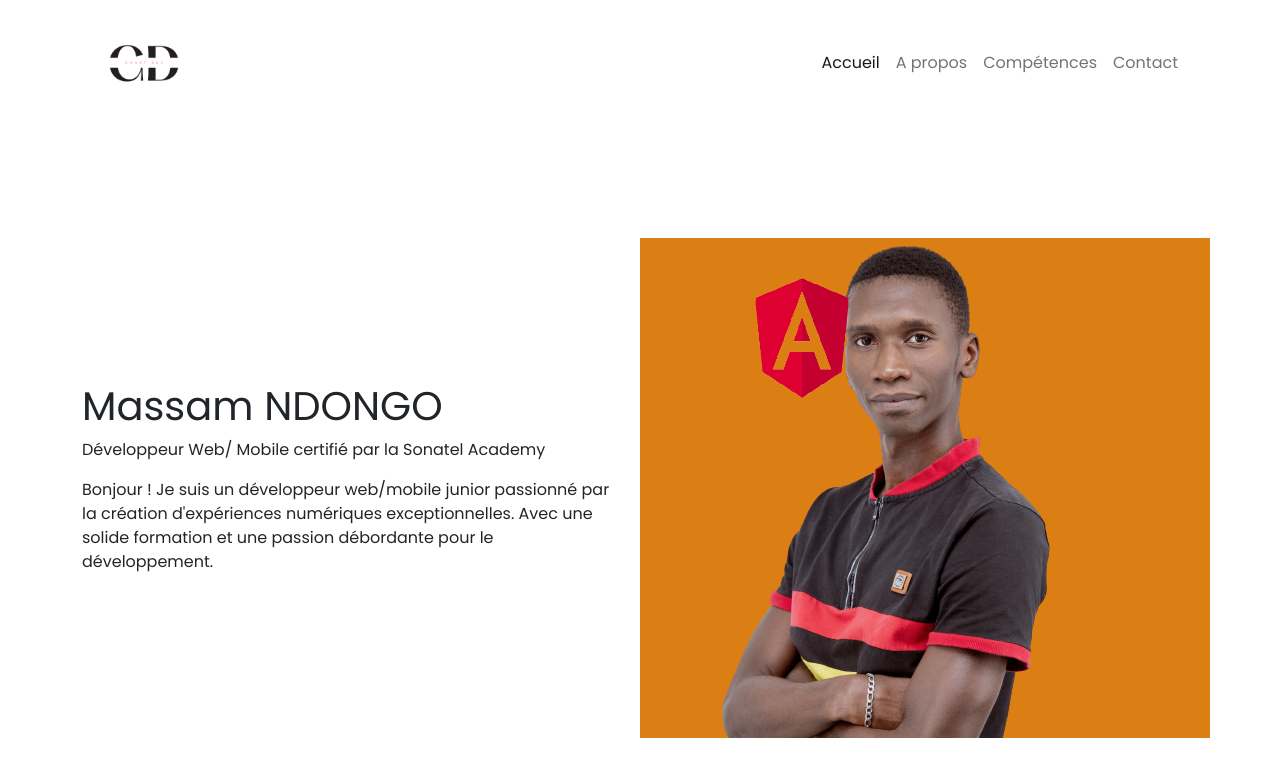
Repository: massndongo/portfolio1
Page: index.html
These files come from the project's save history. The page is drawn as it stood at one moment and after the next save; the edit follows.
The browser window is 1280 px wide. The pictures show the part of the page from y = 0 to 773 px (the page is 2111 px tall before and 2311 px after).
A picture or video elsewhere on the page could not be fetched, so the positions and the page height are approximate.

Above is the page before, as saved 2023-05-29 19:02:33.

### index.html
<!DOCTYPE html>
<html>
<head>
    <meta charset='utf-8'>
    <meta http-equiv='X-UA-Compatible' content='IE=edge'>
    <title>Portfolio Massam NDONGO</title>
    <meta name='viewport' content='width=device-width, initial-scale=1'>
    <link rel="stylesheet" href="https://cdn.jsdelivr.net/npm/bootstrap@5.2.3/dist/css/bootstrap.min.css" integrity="sha384-rbsA2VBKQhggwzxH7pPCaAqO46MgnOM80zW1RWuH61DGLwZJEdK2Kadq2F9CUG65" crossorigin="anonymous">
    <link rel="stylesheet" href="./assets/css/main.css">
</head>
<body>
    <div class="container">

        <!-- navbar -->
        <nav class="navbar navbar-expand-lg bg-body-tertiary container">
            <div class="container-fluid">
              <a class="navbar-brand" href="#"><img class="img-thumbnail border-0" width="100px" height="100px" src="./assets/images/logo.png" alt="" srcset=""></a>
              <button class="navbar-toggler" type="button" data-bs-toggle="collapse" data-bs-target="#navbarText" aria-controls="navbarText" aria-expanded="false" aria-label="Toggle navigation">
                <span class="navbar-toggler-icon"></span>
              </button>
              <div class="collapse navbar-collapse d-flex flex-row justify-content-end" id="navbarText">
                <div>
                    <ul class="navbar-nav me-auto mb-2 mb-lg-0">
                      <li class="nav-item">
                        <a class="nav-link active" aria-current="page" href="#">Accueil</a>
                      </li>
                      <li class="nav-item">
                        <a class="nav-link" href="#propos" onclick="scrollToSection('propos')">A propos</a>
                      </li>
                      <li class="nav-item">
                        <a class="nav-link" href="#skills" onclick="scrollToSection('skills')">Compétences</a>
                      </li>
                      <li class="nav-item">
                        <a class="nav-link" href="#contact" onclick="scrollToSection('contact')">Contact</a>
                      </li>
                    </ul>
                </div>
              </div>
            </div>
        </nav>
        <!-- End Navbar -->
        <div id="back-to-top">↑</div>

        <div class="contenu">

            <div class="propos d-flex row flex-row justify-content-center" id="propos">
                <div class="col-lg-6 col-md-12 mb-1 align-middle text-start d-flex flex-column justify-content-center animated-text">
                    <h1 class="">Massam NDONGO</h1>
                    <p class="">Développeur Web/ Mobile certifié par la Sonatel Academy</p>
                    <p>
                        Bonjour ! Je suis un développeur web/mobile junior passionné par la création d'expériences numériques exceptionnelles.
                        Avec une solide formation et une passion débordante pour le développement.

                    </p>
                </div>
                <div class="col-lg-6 col-md-12 profil">
                    <img src="./assets/images/os-projects-angular_thumbnail-removebg-preview.png" width="300px" height="200px" class="angular"  alt="" srcset="">
                    <img src="./assets/images/mass.png" class="border-0 animated-text" alt="" srcset="">
                </div>
            </div>

            <div class="skills d-flex row flex-row justify-content-center" id="skills">
                <h1 class="text-center m-4 mt-4 text-decoration-underline">Compétences</h1>
                <div class="card m-4" style="width: 18rem;">
                    <img src="./assets/images/angular.png" class="card-img-top" alt="...">
                    <div class="card-body">
                      <p class="card-text">Some quick example text to build on the card title and make up the bulk of the card's content.</p>
                    </div>
                </div>
                <div class="card m-4" style="width: 18rem;">
                    <img src="./assets/images/symfony.png" class="card-img-top" alt="...">
                    <div class="card-body">
                      <p class="card-text">Some quick example text to build on the card title and make up the bulk of the card's content.</p>
                    </div>
                </div>
                <div class="card m-4" style="width: 18rem;">
                    <img src="./assets/images/ionic.webp" class="card-img-top" alt="...">
                    <div class="card-body">
                      <p class="card-text">Some quick example text to build on the card title and make up the bulk of the card's content.</p>
                    </div>
                </div>
                <div class="card m-4" style="width: 18rem;">
                    <img src="./assets/images/laravel.png" class="card-img-top" alt="...">
                    <div class="card-body">
                      <p class="card-text">Some quick example text to build on the card title and make up the bulk of the card's content.</p>
                    </div>
                </div>
                <div class="card m-4" style="width: 18rem;">
                    <img src="./assets/images/angular.png" class="card-img-top" alt="...">
                    <div class="card-body">
                      <p class="card-text">Some quick example text to build on the card title and make up the bulk of the card's content.</p>
                    </div>
                </div>
                <div class="card m-4" style="width: 18rem;">
                    <img src="./assets/images/angular.png" class="card-img-top" alt="...">
                    <div class="card-body">
                      <p class="card-text">Some quick example text to build on the card title and make up the bulk of the card's content.</p>
                    </div>
                </div>
                <div class="card m-4" style="width: 18rem;">
                    <img src="./assets/images/angular.png" class="card-img-top" alt="...">
                    <div class="card-body">
                      <p class="card-text">Some quick example text to build on the card title and make up the bulk of the card's content.</p>
                    </div>
                </div>
            </div>

            <div class="projets img-thumbnail bg-black">
                Lorem ipsum dolor sit amet consectetur adipisicing elit. Facere soluta nam sequi et quia officia, ratione dolore nisi ex necessitatibus ipsam dolor. Eveniet corporis voluptas similique hic omnis, maiores necessitatibus.
            </div>

            <div class="contact img-thumbnail bg-danger" id="contact">
                Lorem ipsum dolor sit amet consectetur adipisicing elit. Saepe consequatur porro numquam? Blanditiis harum consectetur, illum eligendi id dolorem mollitia velit neque? Cum itaque ipsum, ipsam autem saepe iure numquam!
                Quod incidunt quaerat exercitationem iusto perferendis architecto enim officia repellendus itaque dolorem animi, consectetur omnis quasi rerum voluptatum distinctio est deserunt harum porro neque quidem. Soluta itaque ullam repellat fugit?

            </div>
        </div>


        <footer></footer>

    </div>


    <!-- script -->
    <script src="https://cdn.jsdelivr.net/npm/bootstrap@5.2.3/dist/js/bootstrap.min.js" integrity="sha384-cuYeSxntonz0PPNlHhBs68uyIAVpIIOZZ5JqeqvYYIcEL727kskC66kF92t6Xl2V" crossorigin="anonymous"></script>
    <script src="https://cdn.jsdelivr.net/npm/bootstrap@5.2.3/dist/js/bootstrap.bundle.min.js" integrity="sha384-kenU1KFdBIe4zVF0s0G1M5b4hcpxyD9F7jL+jjXkk+Q2h455rYXK/7HAuoJl+0I4" crossorigin="anonymous"></script>
    <script src='./assets/js/main.js'></script>
</body>
</html>

### assets/css/main.css
@font-face {
    font-family: 'Poppins Regular';
    src: url('../fonts/poppins/Poppins-Regular.ttf') format('truetype');
  }

  /* Utilisation de la police */
  body {
    font-family: 'Poppins Regular', sans-serif;
  }

.contenu {
    margin-top: 10%;
}

.animated-text {
    animation: fade-in-out 4s normal;
    }

    @keyframes fade-in-out {
    0% {
        opacity: 1;
    }
    50% {
        opacity: 0;
    }
    100% {
        opacity: 1;
    }
}


#back-to-top {
    display: none;
    position: fixed;
    bottom: 20px;
    right: 20px;
    width: 40px;
    height: 40px;
    background-color: #ccc;
    border-radius: 50%;
    text-align: center;
    line-height: 40px;
    cursor: pointer;
  }

.skills {
    margin-top: 5%;
}
.profil {
    background-color: #db7e14;
}
.angular {
    position: absolute;
    margin-right: 5%;

}

### assets/js/main.js
  // Sélectionnez tous les liens de la navbar avec la classe "nav-link"
  var navLinks = document.querySelectorAll('.nav-link');

  // Parcourez tous les liens et ajoutez un gestionnaire d'événement pour le clic
  navLinks.forEach(function(link) {
    link.addEventListener('click', function(event) {
      event.preventDefault(); // Empêche le comportement par défaut du navigateur
      var target = this.getAttribute('href'); // Récupère l'attribut href du lien
      scrollToSection(target); // Appelle la fonction de défilement vers la section cible
    });
  });

  // Fonction pour déplacer l'utilisateur vers une section spécifique
  function scrollToSection(sectionId) {
    var section = document.querySelector(sectionId);
    if (section) {
      section.scrollIntoView({ behavior: 'smooth' });
    }
  }


  var backToTopBtn = document.getElementById("back-to-top");

  // Afficher ou masquer le bouton en fonction du défilement de la page
  window.addEventListener("scroll", function() {
    if (window.pageYOffset > 100) {
      backToTopBtn.style.display = "block";
    } else {
      backToTopBtn.style.display = "none";
    }
  });

  // Faire défiler vers le haut de la page lorsque le bouton est cliqué
  backToTopBtn.addEventListener("click", function() {
    window.scrollTo({
      top: 0,
      behavior: "smooth"
    });
  });

After the next save:
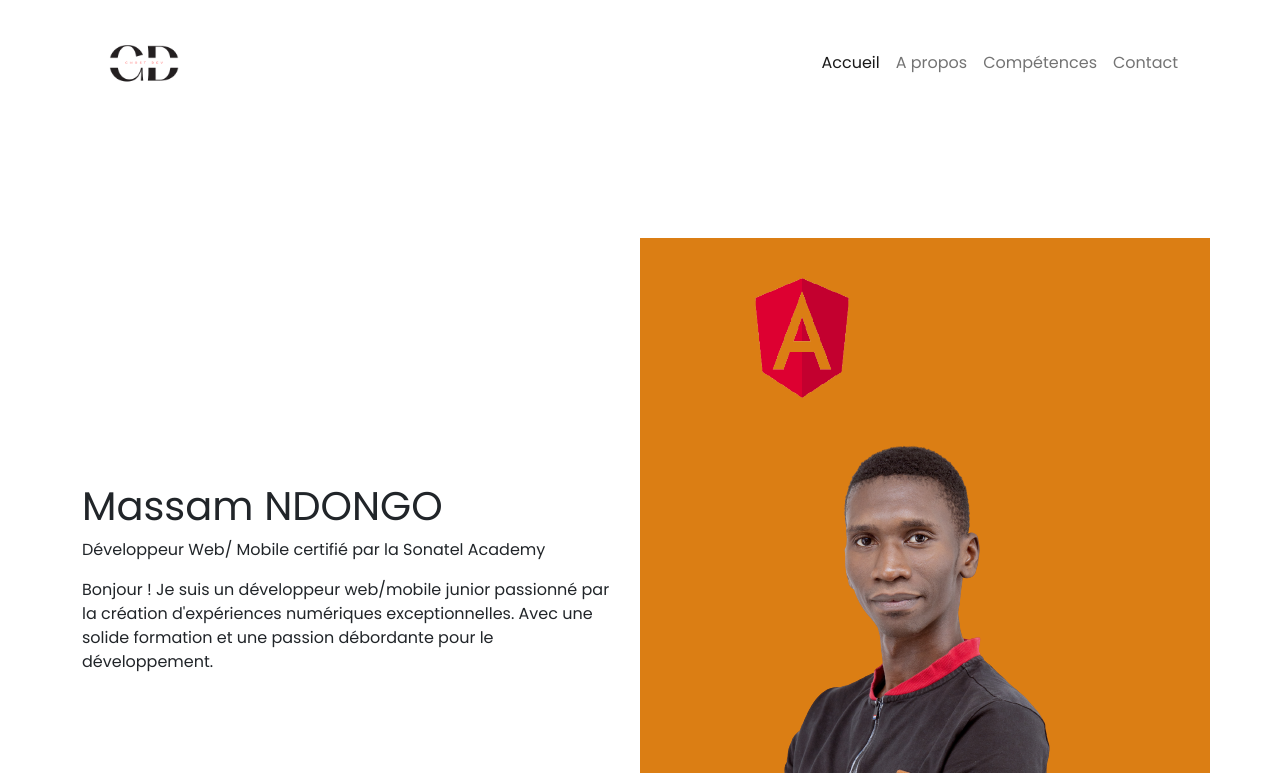
Saved 103 s later.
--- a/assets/css/main.css
+++ b/assets/css/main.css
@@ -49,7 +49,7 @@
 .profil {
     background-color: #db7e14;
 }
-.angular {
+.angular {o
     position: absolute;
     margin-right: 5%;
 

After the 3 saves that followed:
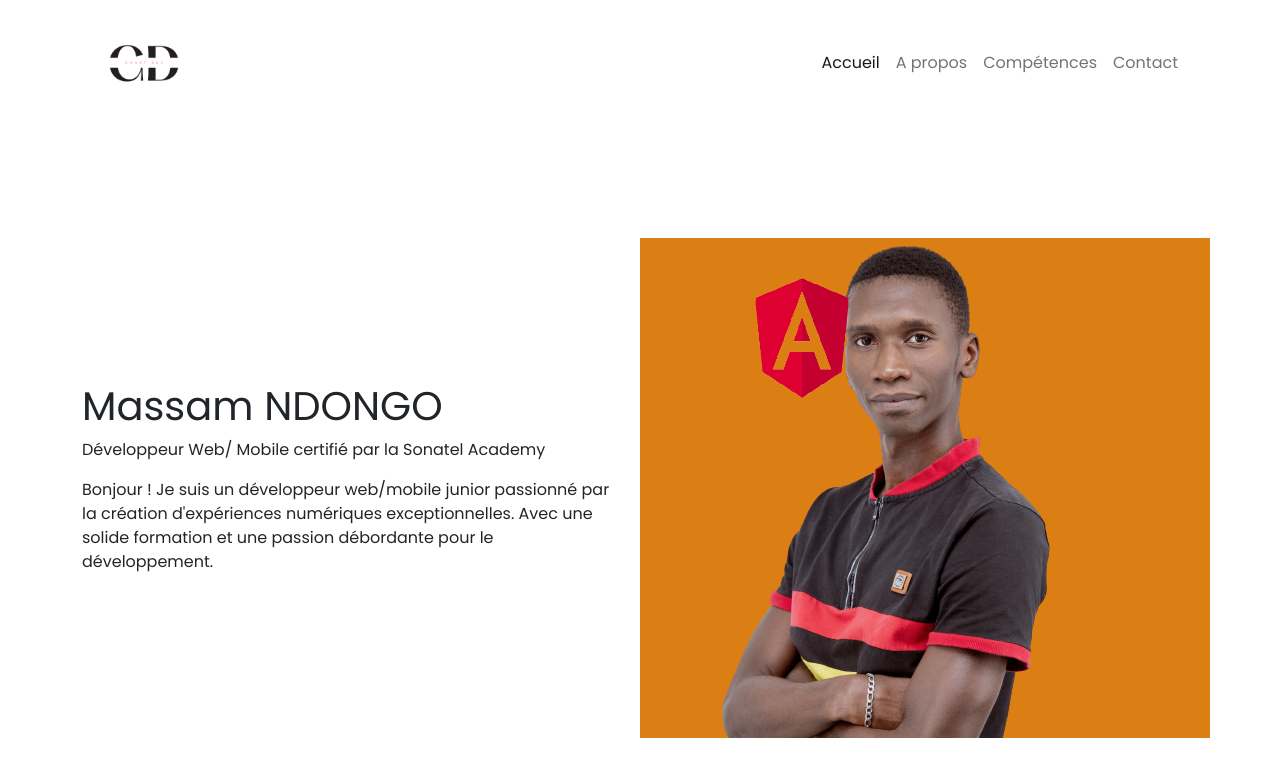
The 3 saves are shown as one change because they came seconds apart.
The last was saved 11 s later.
--- a/assets/css/main.css
+++ b/assets/css/main.css
@@ -49,7 +49,7 @@
 .profil {
     background-color: #db7e14;
 }
-.angular {o
+.angular {
     position: absolute;
     margin-right: 5%;
 
